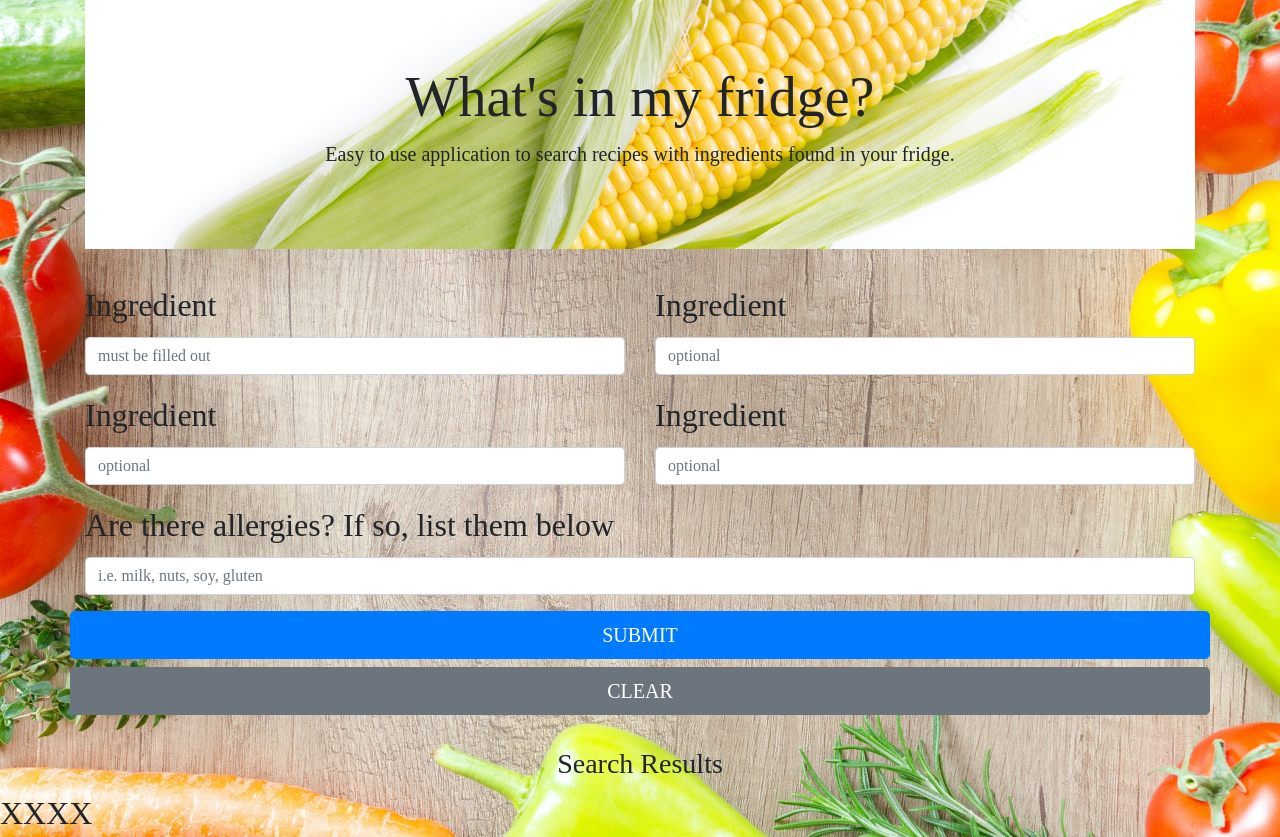
Repository: ogipajic/Recipe_API
Page: index.html
An editor plug-in stored every save of this project. The page is shown before and after the next save, followed by the edit.
The browser window is 1280 px wide. The pictures show the whole page.
Backgrounds fixed to the window are drawn as part of the page. Some web fonts or font styles are not loaded; a fallback is used.

Above is the page before, as saved 2020-07-06 15:39:57.
Not found: script.js

### index.html
<!DOCTYPE html>
<html lang="en">
<head>
    <meta charset="UTF-8">
    <meta name="viewport" content="width=device-width, initial-scale=1.0">
    <script
  src="https://code.jquery.com/jquery-3.5.1.min.js"
  integrity="sha256-9/aliU8dGd2tb6OSsuzixeV4y/faTqgFtohetphbbj0="
  crossorigin="anonymous"></script>
  <link rel="stylesheet" href="https://stackpath.bootstrapcdn.com/bootstrap/4.5.0/css/bootstrap.min.css" integrity="sha384-9aIt2nRpC12Uk9gS9baDl411NQApFmC26EwAOH8WgZl5MYYxFfc+NcPb1dKGj7Sk" crossorigin="anonymous">
  <link rel="stylesheet" href="stylesheet.css">
  <link href="https://fonts.googleapis.com/css2?family=Annie+Use+Your+Telescope&family=Lemon&display=swap" rel="stylesheet">
  <title>What's In My Fridge?</title>
</head>
<body>
    <div class="container">
        <div class="jumbotron jumbotron-fluid">
            <div class="img"></div>
            <div class="container">
              <h1 class="display-4">What's in my fridge?</h1>
              <p class="lead">Easy to use application to search recipes with ingredients found in your fridge.</p>
            </div>
          </div>

     <form>
          <div class="row">
              <div class="col-sm-6">
        <div class="form-group">
          <label for="exampleFormControlInput1">Ingredient</label>
          <input type="email" class="form-control" id="exampleFormControlInput1" placeholder="must be filled out">
        </div>
              </div>
              <div class="col-sm-6">
        <div class="form-group">
            <label for="exampleFormControlInput1">Ingredient</label>
            <input type="email" class="form-control" id="exampleFormControlInput1" placeholder="optional">
          </div>
          </div>
        </div>
        <div class="row">
            <div class="col-sm-6">
          <div class="form-group">
            <label for="exampleFormControlInput1">Ingredient</label>
            <input type="email" class="form-control" id="exampleFormControlInput1" placeholder="optional">
          </div>
        </div>
        <div class="col-sm-6">
          <div class="form-group">
            <label for="exampleFormControlInput1">Ingredient</label>
            <input type="email" class="form-control" id="exampleFormControlInput1" placeholder="optional">
          </div>
          </div>
          </div>
        </div>

        <div class="container">
        <div class="form-group">
            <div class="row">
                <div class="col-sm-12">
          <label for="exampleFormControlInput1">Are there allergies? If so, list them below</label>
          <input type="email" class="form-control" id="exampleFormControlInput1" placeholder="i.e. milk, nuts, soy, gluten">
          </div>
        </div>
        </div>
        </div>
      </form>
    <div class="container">
        <div class="row">
      <button type="button" class="btn btn-primary btn-lg btn-block">SUBMIT</button>
      <button type="button" class="btn btn-secondary btn-lg btn-block">CLEAR</button>
    </div>
    </div>
    </div>
<div class="panel panel-default">
    <div class="panel-heading">
        <h3 class="panel-title">Search Results</h3>
    </div>
    <div class="panel-body">XXXX</div>
    </div>
</div>



 <script src="script.js"></script>
 <script src="https://code.jquery.com/jquery-3.5.1.slim.min.js" integrity="sha384-DfXdz2htPH0lsSSs5nCTpuj/zy4C+OGpamoFVy38MVBnE+IbbVYUew+OrCXaRkfj" crossorigin="anonymous"></script>
 <script src="https://cdn.jsdelivr.net/npm/popper.js@1.16.0/dist/umd/popper.min.js" integrity="sha384-Q6E9RHvbIyZFJoft+2mJbHaEWldlvI9IOYy5n3zV9zzTtmI3UksdQRVvoxMfooAo" crossorigin="anonymous"></script>
 <script src="https://stackpath.bootstrapcdn.com/bootstrap/4.5.0/js/bootstrap.min.js" integrity="sha384-OgVRvuATP1z7JjHLkuOU7Xw704+h835Lr+6QL9UvYjZE3Ipu6Tp75j7Bh/kR0JKI" crossorigin="anonymous"></script>
</body>
</html>

### stylesheet.css
/* Body font style and font size */
body {
    font-size: 2rem;
    font-family: 'Annie Use Your Telescope', cursive;
    background-image: url(Assets/carrots-food-fresh-freshness-616404.jpg);
    background-position: center center;
    background-repeat: no-repeat;
    background-attachment: fixed;
    background-size: cover;
}

/* Font and image within jumbotron */
.jumbotron {
    text-align: center;
    font-family: 'Annie Use Your Telescope', cursive;
    background: url(Assets/agriculture-bright-cereal-close-up-547263.jpg);
    background-position: center center;
    background-size: cover;
}

.panel-heading {
    margin-top: 2rem;
    text-align: center;
}

  @media screen and (max-width: 768px) {
    .jumbotron {
      padding-top:20px;
      padding-bottom:20px;
    }
  }

After the next save:
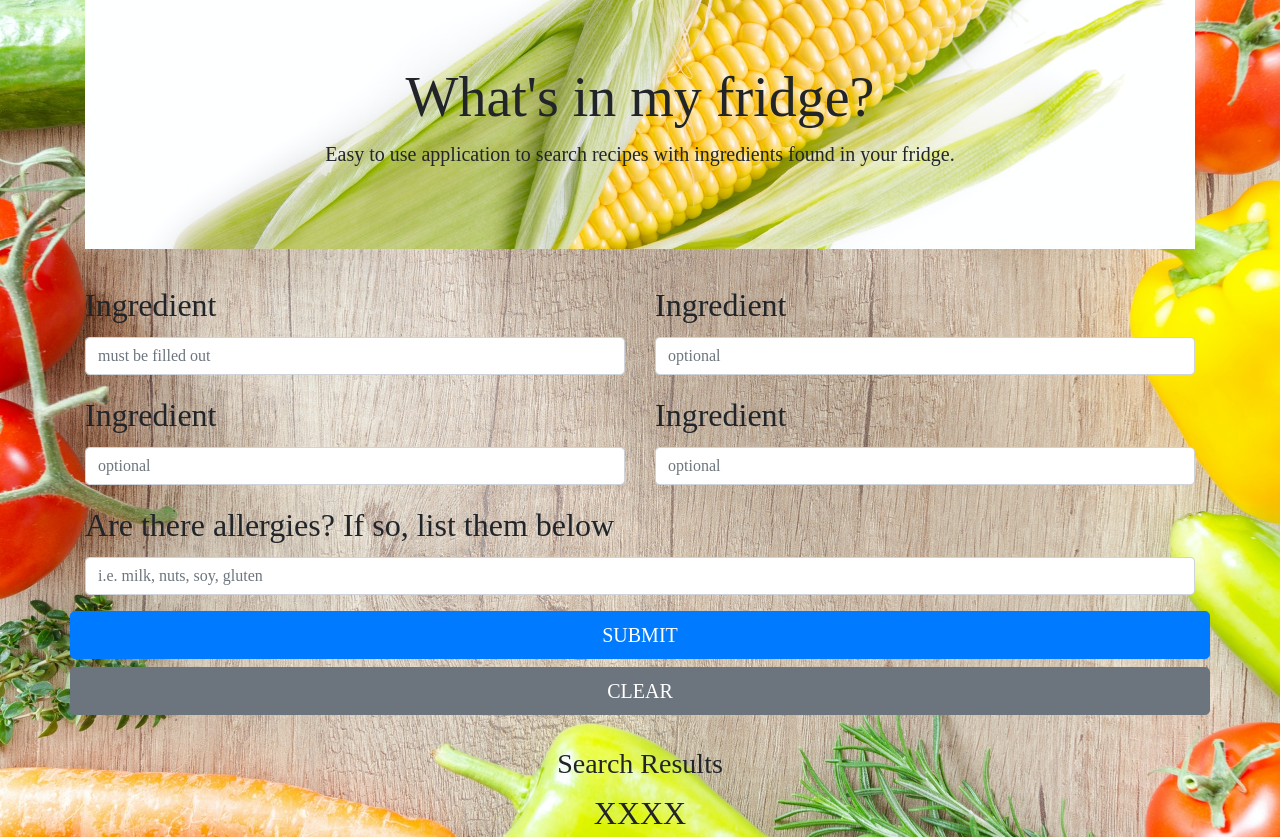
Saved 43 s later.
--- a/stylesheet.css
+++ b/stylesheet.css
@@ -23,6 +23,10 @@ body {
     text-align: center;
 }
 
+.panel-body {
+    text-align: center;
+}
+
   @media screen and (max-width: 768px) {
     .jumbotron {
       padding-top:20px;
